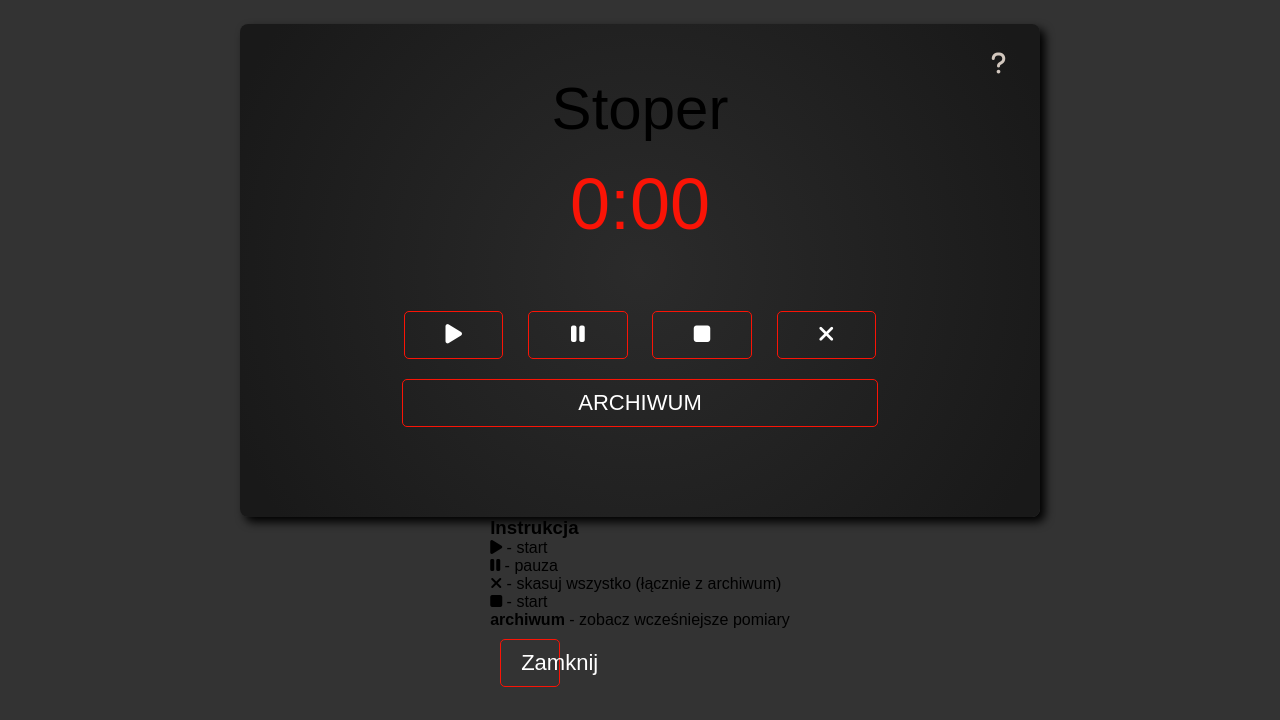
Repository: KrzysKolo/Projekt-5_Stoper
Page: index.html
These files come from the project's save history. The page is drawn as it stood at one moment and after the next save; the edit follows.
The browser window is 1280 px wide. The pictures show the whole page.
Some web fonts or font styles are not loaded; a fallback is used. Some web libraries are served in a nearby version.

Above is the page before, as saved 2020-07-05 17:20:15.

### index.html
<!DOCTYPE html>
<html lang="en">
  <head>
    <meta charset="UTF-8" />
    <meta name="viewport" content="width=device-width, initial-scale=1.0" />
    <title>Stoper</title>
    <script
      src="https://kit.fontawesome.com/21efeaf281.js"
      crossorigin="anonymous"
    ></script>
    <link
      href="https://fonts.googleapis.com/css2?family=Montserrat+Subrayada&display=swap"
      rel="stylesheet"
    />
    <link rel="stylesheet" href="./css/style.css" />
  </head>
  <body>
    <div class="wrapper">
      <p class="info">
        <i class="fa fa-question" aria-hidden="true"></i>
      </p>
      <h1>Stoper</h1>
      <p class="stopwatch">0:00</p>
      <p class="time">0:00</p>

      <div class="buttons">
        <button class="start"><i class="fas fa-play"></i></button>
        <button class="pouse"><i class="fas fa-pause"></i></button>
        <button class="stop"><i class="fas fa-stop"></i></button>
        <button class="restart"><i class="fas fa-times"></i></button>
        <button class="history">archiwum</button>
      </div>
      <ul class="time-list"></ul>
    </div>
    <div class="modal-shadow">
      <div class="modal"></div>
      <h3>Instrukcja</h3>
      <p><i class="fas fa-play"></i> - start</p>
      <p><i class="fas fa-pause"></i> - pauza</p>
      <p><i class="fas fa-times"></i> - skasuj wszystko (łącznie z archiwum)</p>
      <p><i class="fas fa-stop"></i> - start</p>
      <p><strong>archiwum</strong> - zobacz wcześniejsze pomiary</p>
      <button class="close">Zamknij</button>
    </div>
    <script src="./js/index.js"></script>
  </body>
</html>

### css/style.css
* {
  box-sizing: border-box;
  padding: 0;
  margin: 0;
}
:root {
  --first-color: #fa1406;
  --second-color: #d2c7be;
}
body {
  display: flex;
  justify-content: center;
  align-items: center;
  flex-direction: column;
  min-height: 100vh;
  font-family: "Montserrat Subrayada", sans-serif;
  background-color: #333333;
}
.wrapper {
  position: relative;
  display: flex;
  justify-content: center;
  align-items: center;
  flex-direction: column;
  padding: 50px;
  width: 800px;
  background-image: radial-gradient(
    circle,
    rgb(43, 43, 43) 0%,
    rgb(25, 25, 25) 93%
  );
  border-radius: 8px;
  box-shadow: 5px 5px 10px black;
}
.info {
  position: absolute;
  top: 6px;
  right: 14px;
  padding: 20px;
  font-size: 24px;
  clear: both;
  color: var(--second-color);
  cursor: pointer;
  transition: color 0.3s;
}
.info:hover {
  color: var(--first-color);
}
h1 {
  margin-bottom: 20px;
  font-size: 60px;
  font-weight: lighter;
}
.stopwatch {
  font-size: 72px;
  color: var(--first-color);
}
.time {
  visibility: hidden;
  color: var(--second-color);
  font-size: 22px;
}
.buttons {
  display: flex;
  justify-content: space-around;
  flex-wrap: wrap;
  margin: 30px;
}
button {
  margin: 10px;
  padding: 10px 20px;
  width: 20%;
  color: #fff;
  font-size: 22px;
  background-color: transparent;
  border: 1px solid var(--first-color);
  border-radius: 5px;
  cursor: pointer;
  transition: background-color 0.3s;
}
.history {
  flex-grow: 1;
  text-transform: uppercase;
}
button:hover,
button:focus {
  background-color: var(--first-color);
  outline: none;
}

Loaded but not shown: js/index.js (no stored copy; drawn as an empty file)

After the next save:
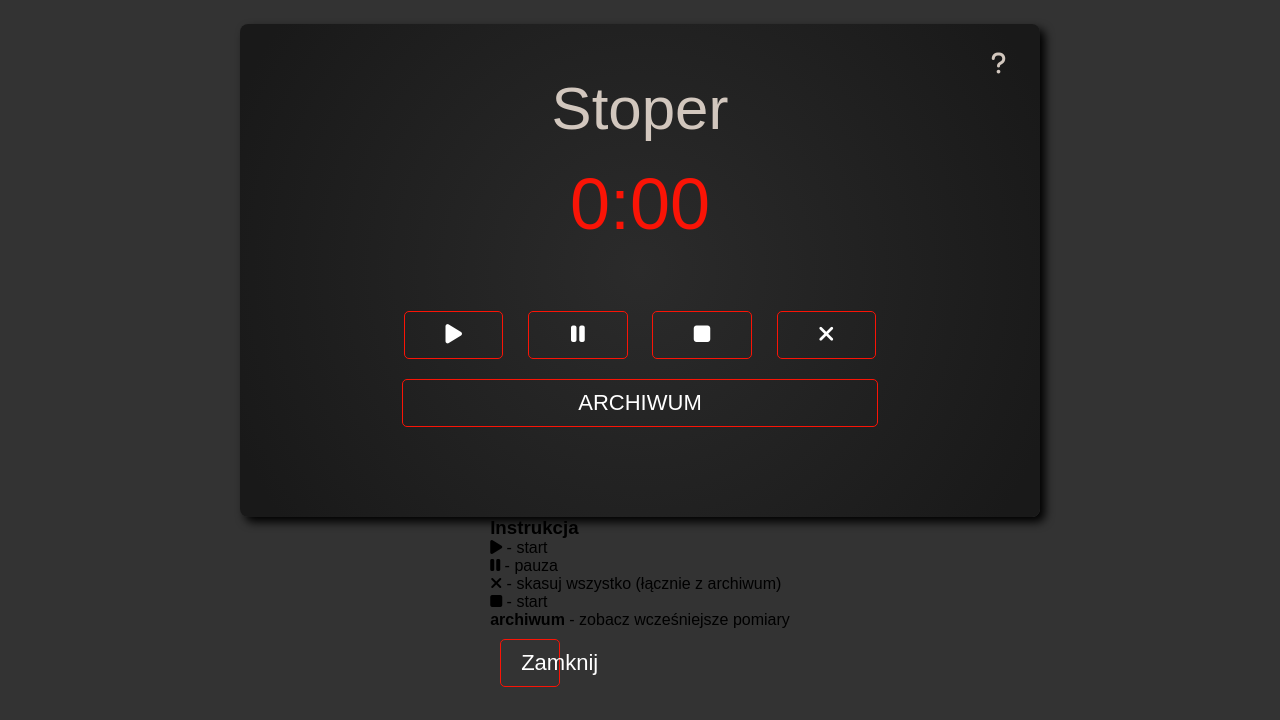
Saved 74 s later.
--- a/css/style.css
+++ b/css/style.css
@@ -50,6 +50,7 @@ h1 {
   margin-bottom: 20px;
   font-size: 60px;
   font-weight: lighter;
+  color: var(--second-color);
 }
 .stopwatch {
   font-size: 72px;
